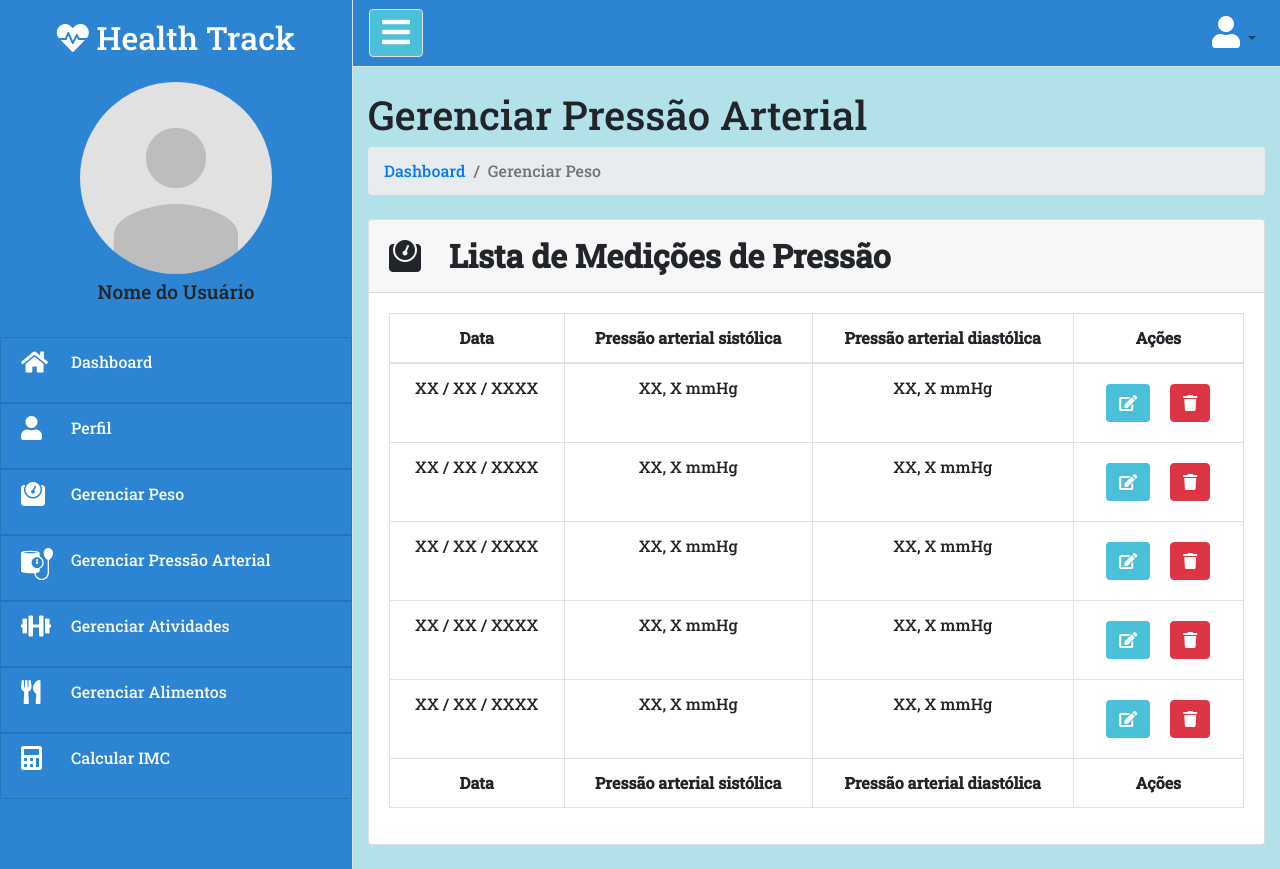
Repository: Kendysan88/projetoHealthTrack
Page: http://localhost/HealthTrack/blood-pressure.jsp
The author's editor kept a copy of each file at every save. The page is drawn from the files as they stood at one save, then again after the next save.
The browser window is 1280 px wide. The pictures show the whole page.
Some web libraries are served in a nearby version. The page is served by Tomcat 9.

Above is the page before, as saved 2020-11-02 14:21:30.
Console error: TypeError: Cannot read properties of null (reading 'length')

After the next save:
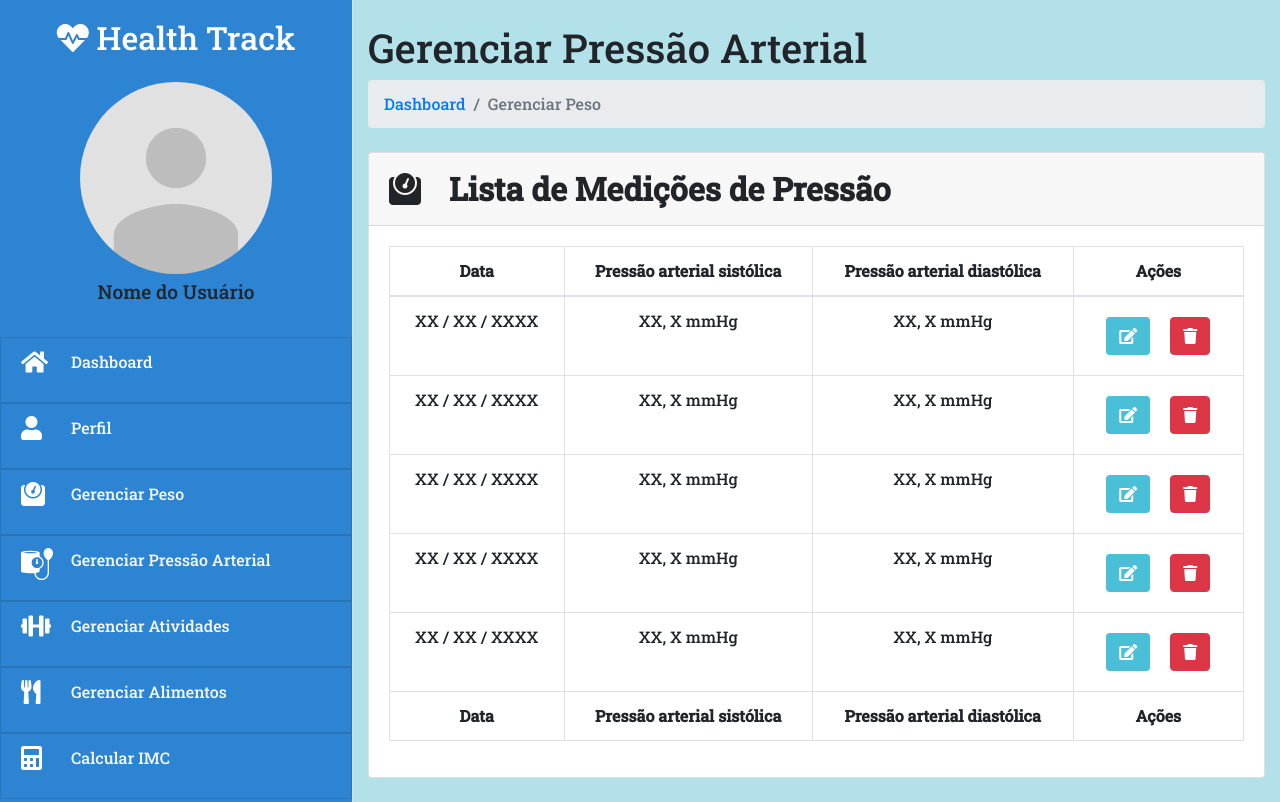
Saved 61 s later.
--- a/Integration/HealthTrack/WebContent/blood-pressure.jsp
+++ b/Integration/HealthTrack/WebContent/blood-pressure.jsp
@@ -10,91 +10,13 @@
 <body>
 	<main class="d-flex" id="recolhe-menu">
 		<!-- Menu Lateral -->
-		<aside class="cor-especial border-right" id="menu-lateral">
-			<div class="menu-lateral-posicao">
-				<div class="text-center">
-					<p class="titulo-menu-lateral">
-						<i class="icones-cabecalho fas fa-heartbeat"></i> Health Track
-					</p>
-					<img src="img/avatar.png" class="img-fluid p-1 rounded-circle"
-						alt="Foto do Usuário">
-					<p>Nome do Usuário</p>
-				</div>
-			</div>
-			<ul class="list-group list-group-flush">
-				<li><a href="home.html"
-					class="lista-lateral cor-especial list-group-item"> <i
-						class="icones-menu-lateral fas fa-home"></i>
-						<p>Dashboard</p>
-				</a></li>
-				<li><a href="user.html"
-					class="lista-lateral cor-especial list-group-item"> <i
-						class="icones-menu-lateral fas fa-user"></i>
-						<p>Perfil</p>
-				</a></li>
-				<li><a href="weight.html"
-					class="lista-lateral cor-especial list-group-item"> <i
-						class="icones-menu-lateral fas fa-weight"></i>
-						<p>Gerenciar Peso</p>
-				</a></li>
-				<li><a href="blood-pressure.html"
-					class="lista-lateral cor-especial list-group-item"> <img
-						src="img/blood-pressure-white.svg"
-						class="icone-pressao-arterial-branco">
-						<p>Gerenciar Pressão Arterial</p>
-				</a></li>
-				<li><a href="physical-activity.html"
-					class="lista-lateral cor-especial list-group-item"> <i
-						class="icones-menu-lateral fas fa-dumbbell"></i>
-						<p>Gerenciar Atividades</p>
-				</a></li>
-				<li><a href="food.html"
-					class="lista-lateral cor-especial list-group-item"> <i
-						class="icones-menu-lateral fas fa-utensils"></i>
-						<p>Gerenciar Alimentos</p>
-				</a></li>
-				<li><a href="bmi.html"
-					class="lista-lateral cor-especial list-group-item"> <i
-						class="icones-menu-lateral fas fa-calculator"></i>
-						<p>Calcular IMC</p>
-				</a></li>
-			</ul>
-		</aside>
+		<%@ include file="menu-aside.jsp"%>
 		<!-- Fim-->
 
 		<!-- Conteúdo da Página -->
 		<section id="conteudo-pagina">
 			<!-- Menu para deslogar -->
-			<header>
-				<nav
-					class="navbar navbar-expand-lg navbar-light cor-especial border-bottom">
-					<button class="btn cor-botao border" id="botao-recolhe">
-						<i class="icones-cabecalho fas fa-bars"></i>
-					</button>
-
-					<button class="navbar-toggler cor-botao border" type="button"
-						data-toggle="collapse" data-target="#menu-deslogar"
-						aria-controls="menu-deslogar" aria-expanded="false"
-						aria-label="Toggle navigation">
-						<i class="icones-cabecalho fas fa-sign-out-alt"></i>
-					</button>
-
-					<div class="collapse navbar-collapse" id="menu-deslogar">
-						<ul class="navbar-nav ml-auto mt-2 mt-lg-0">
-							<li class="nav-item dropdown"><a
-								class="nav-link dropdown-toggle" href="#" id="navbarDropdown"
-								role="button" data-toggle="dropdown" aria-haspopup="true"
-								aria-expanded="false"> <i
-									class="icones-cabecalho fas fa-user"></i>
-							</a>
-								<div class="dropdown-menu dropdown-menu-right"
-									aria-labelledby="navbarDropdown">
-									<a class="dropdown-item" href="login.html">Deslogar</a>
-								</div></li>
-						</ul>
-					</div>
-				</nav>
-			</header>
+			<%@ include file="header.jsp"%>
 			<!-- Fim -->
 
 			<!-- Conteúdo Principal -->

After the save that followed:
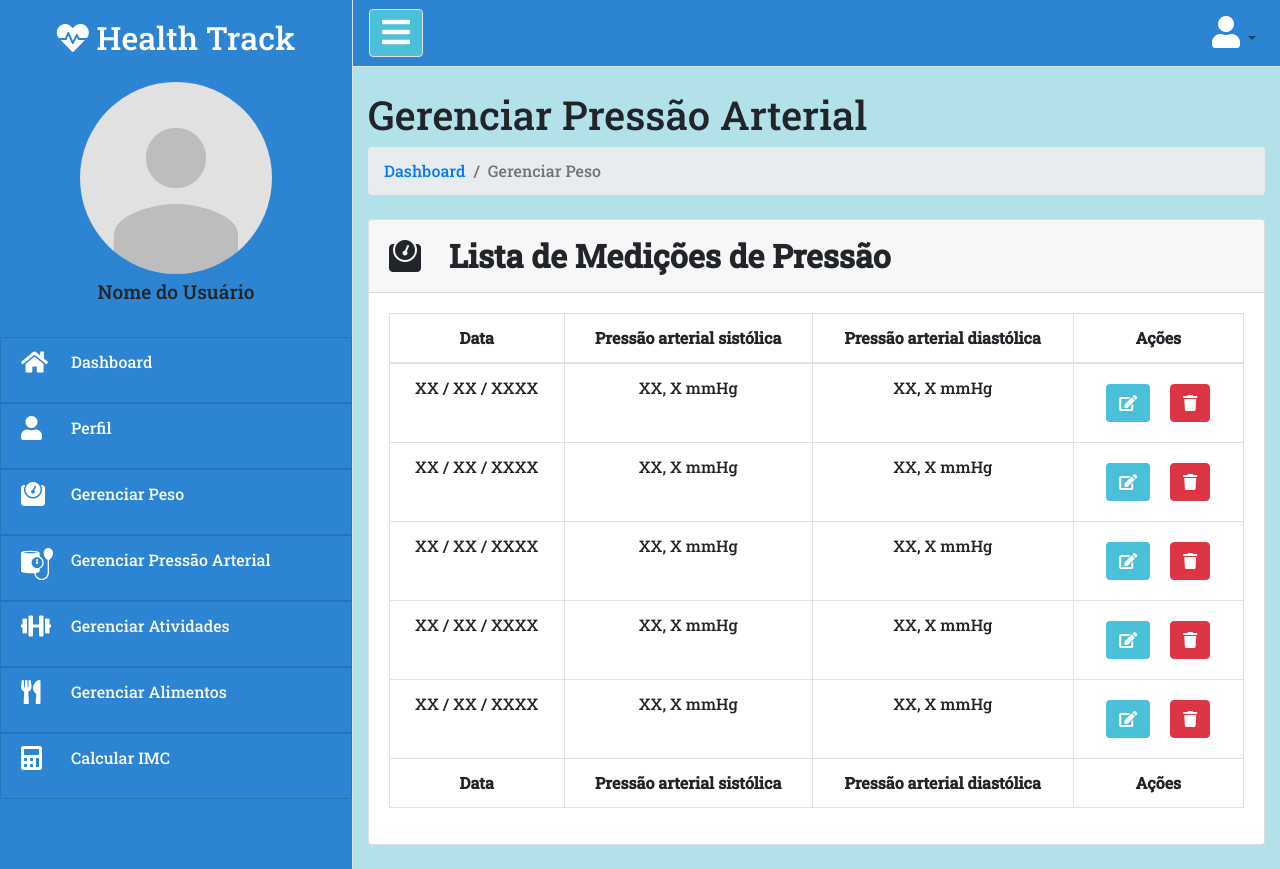
Saved 7 s later.
--- a/Integration/HealthTrack/WebContent/blood-pressure.jsp
+++ b/Integration/HealthTrack/WebContent/blood-pressure.jsp
@@ -16,7 +16,7 @@
 		<!-- Conteúdo da Página -->
 		<section id="conteudo-pagina">
 			<!-- Menu para deslogar -->
-			<%@ include file="header.jsp"%>
+			<%@ include file="menu-top.jsp"%>
 			<!-- Fim -->
 
 			<!-- Conteúdo Principal -->
